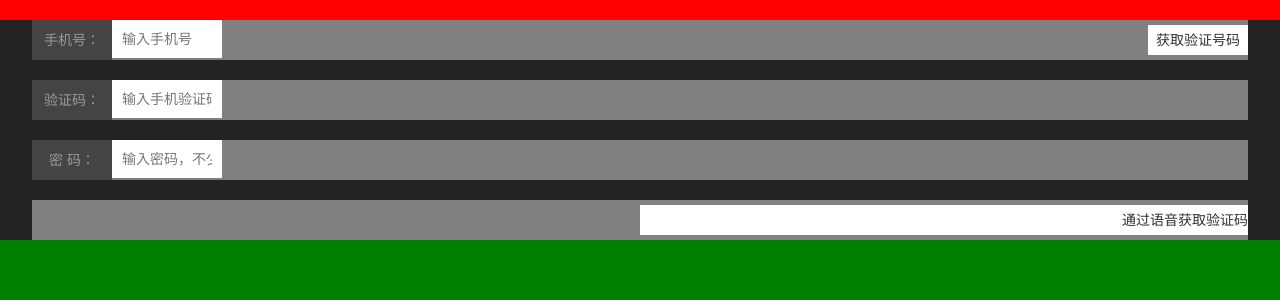
Repository: wangxinjun08231116/Html5Views
Page: WangXinJun/WebContent/htmls/QCF/ZhuCe.html
These files come from the project's save history. The page is drawn as it stood at one moment and after the next save; the edit follows.
The browser window is 1280 px wide. The pictures show the whole page.

Above is the page before, as saved 2015-01-22 03:58:53.

After the next save:
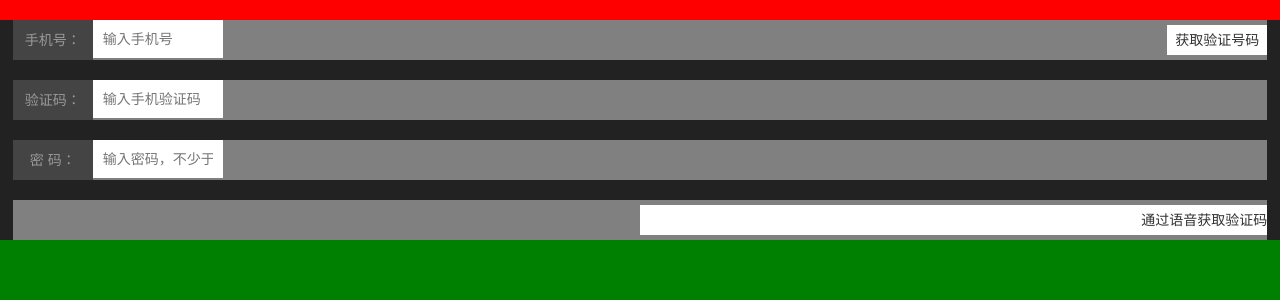
Saved 59 s later.
--- a/WangXinJun/WebContent/css/QCF/ZhuCe.css
+++ b/WangXinJun/WebContent/css/QCF/ZhuCe.css
@@ -22,7 +22,7 @@ body {
 }
 .phoneNumberDiv{
 	height:40px;
-	width:95%;
+	width:98%;
     background-color:gray;
     /*不可设置，margin:20px auto;不然body会下来。
       第一行设置有问题。
@@ -34,7 +34,7 @@ body {
 .yanZhengNumberDiv{
     font-size: 12px;
 	height:40px;
-	width:95%;
+	width:98%;
     background-color:gray;
     /* 上下外边距20px,左右自动适应，居中。 */
 	margin:20px auto;
@@ -69,7 +69,7 @@ body {
 
 .passwordNumberDiv{
 	height:40px;
-	width:95%;
+	width:98%;
     background-color:gray;
     /* 上下外边距20px,左右自动适应，居中。 */
 	margin:20px auto;
@@ -94,6 +94,6 @@ body {
     background-color: #fff;
     font-size: 14px;
     height: 38px;
-    width: 90px;
+    width: 110px;
     padding: 0 10px;
 }
